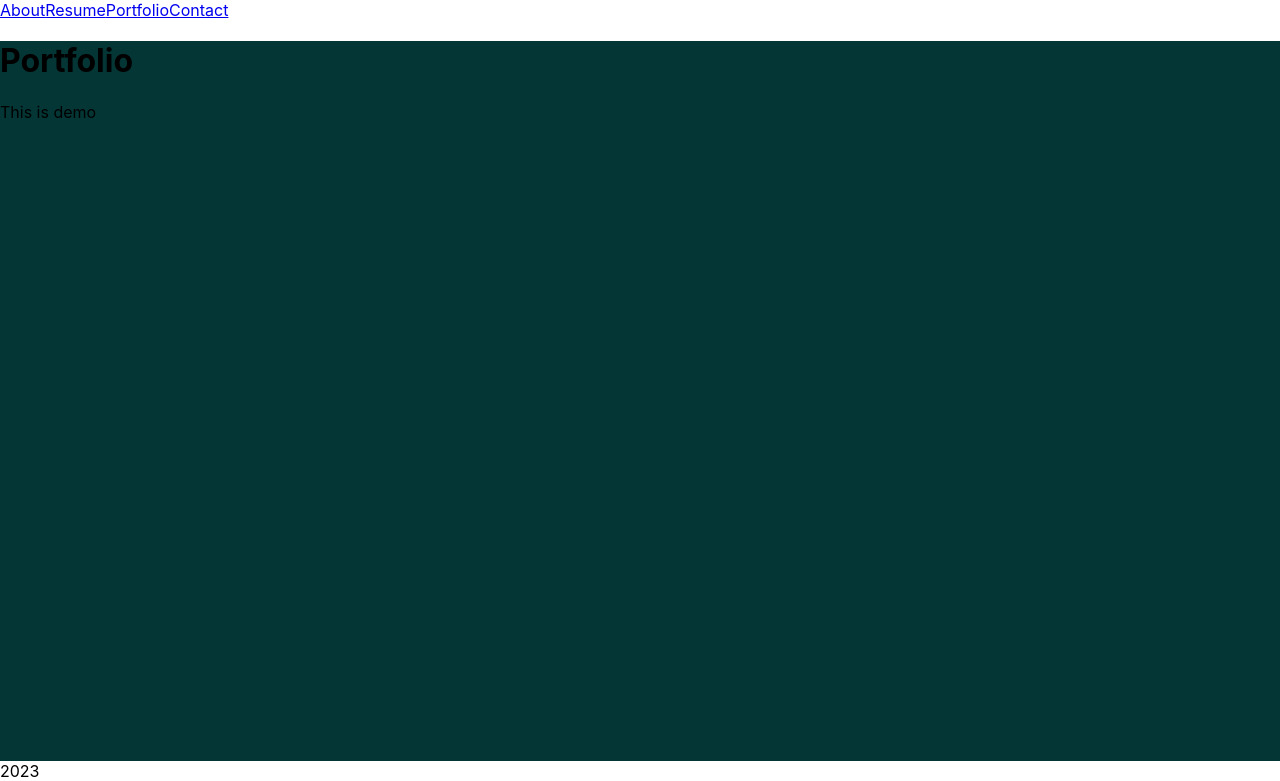
Repository: sparrowkg/myportfolio
Page: /portfolio (app in portfolioreact — копия/)
The author's editor kept a copy of each file at every save. The page is drawn from the files as they stood at one save, then again after the next save.
The browser window is 1280 px wide. The pictures show the whole page.
The project was rebuilt for these pictures with package versions that can differ from the ones it lists, and the page was loaded fresh each time. Also part of the build but not shown: portfolioreact — копия/src/pages/Aboutpage.jsx, portfolioreact — копия/src/pages/Resumepage.jsx, portfolioreact — копия/src/pages/Contactpage.jsx.

Above is the page before, as saved 2023-05-07 01:06:36.

### portfolioreact — копия/src/index.js
import React from 'react';
import ReactDOM from 'react-dom/client';
import './index.css';
import App from './App';

const root = ReactDOM.createRoot(document.getElementById('root'));
root.render(<App />)

### portfolioreact — копия/src/App.jsx
// import './App.css';
import { BrowserRouter, Routes, Route } from 'react-router-dom';
import {Aboutpage} from './pages/Aboutpage'
import {Resumepage} from './pages/Resumepage'
import {Portfoliopage} from './pages/Portfoliopage'
import {Contactpage} from './pages/Contactpage'
import {Layout} from './components/Layout'

function App() {
  return (
   <>
  < BrowserRouter>
   <Routes>
     <Route path="/" element ={<Layout />}>
       <Route index element={<Aboutpage/>} />
       <Route path="resume" element={<Resumepage/>} />
       <Route path="portfolio" element={<Portfoliopage/>} />
       <Route path="contact" element={<Contactpage/>} />
     </Route>
    </Routes>
   </BrowserRouter>
   </>
  );
}

export default App;

### portfolioreact — копия/src/pages/Portfoliopage.jsx
import './stylepages.css'

const Portfoliopage = () => {
  return (
    <div className='portfoliopage-main'>
      <h1>Portfolio</h1>
      <p>This is demo</p>
    </div>
  )
}

export {Portfoliopage}

### portfolioreact — копия/src/components/Layout.jsx
import { Link, Outlet } from 'react-router-dom';
// import { CustomLink } from './CustomLink';

// const setActive = ({ isActive }) => isActive ? 'active-link' : '';

const Layout = () => {
  return (
    <>
      <header>
        <Link to="/">About</Link>
        <Link to="/Resumepage">Resume</Link>
        <Link to="/Portfoliopage">Portfolio</Link>
        <Link to="/Contactpage">Contact</Link>
      </header>
      <main className='container'>
        <Outlet />
      </main>
      <footer className='container'>2023</footer>
    </>
  )
}

export { Layout };

### portfolioreact — копия/src/pages/stylepages.css
.about-main {
  width: 100%;
  height: 100vh;
  background-color: aqua;
}

.contactpage-main {
  width: 100%;
  height: 100vh;
  background-color: blue;
}

.portfoliopage-main {
  width: 100%;
  height: 100vh;
  background-color: rgb(4, 54, 54);
}

.resumepage-main {
  width: 100%;
  height: 100vh;
  background-color: aqua;
}

Loaded but not shown: portfolioreact — копия/public/index.html (common file); portfolioreact — копия/src/index.css (common file)

After the next save:
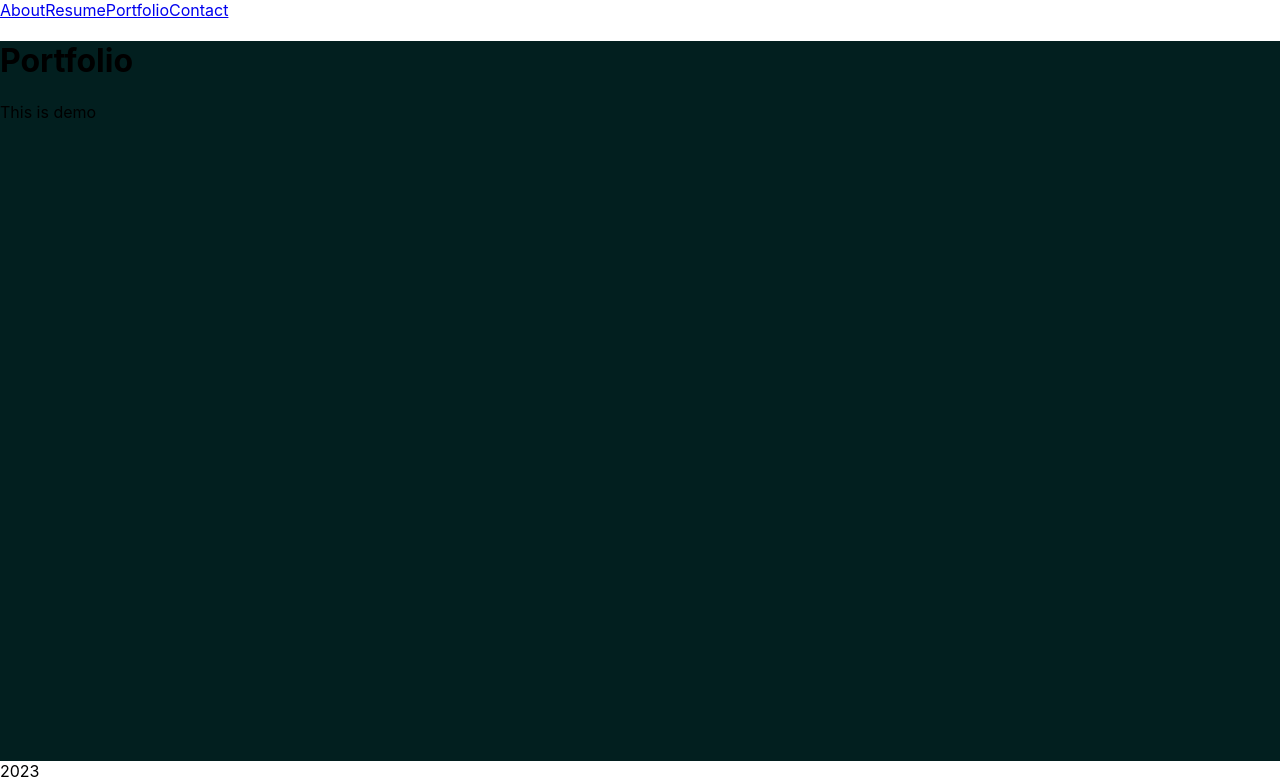
Saved 4 s later.
--- a/portfolioreact — копия/src/pages/stylepages.css
+++ b/portfolioreact — копия/src/pages/stylepages.css
@@ -13,7 +13,7 @@
 .portfoliopage-main {
   width: 100%;
   height: 100vh;
-  background-color: rgb(4, 54, 54);
+  background-color: rgb(2, 31, 31);
 }
 
 .resumepage-main {
